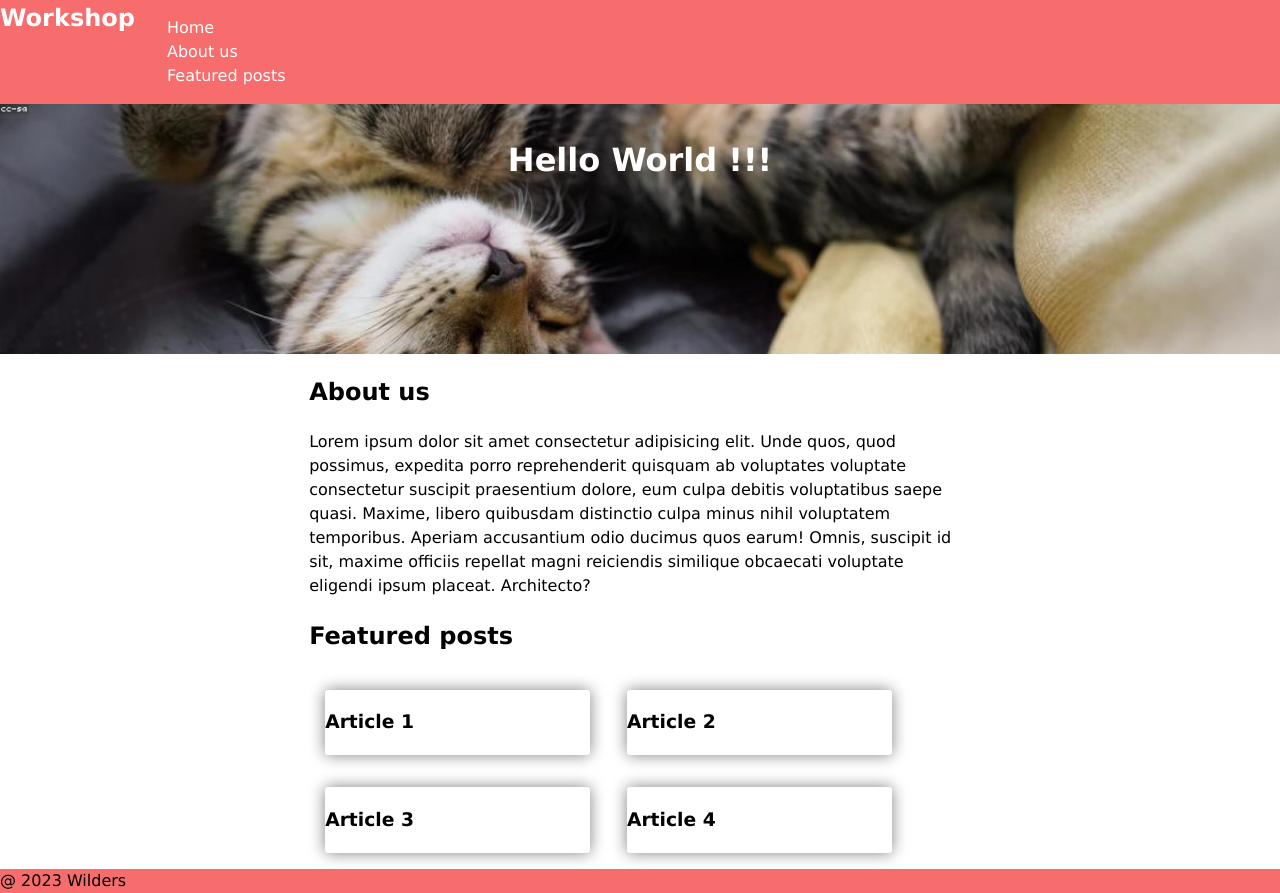
Repository: PPaillard/cssresponsive
Page: index.html
These files come from the project's save history. The page is drawn as it stood at one moment and after the next save; the edit follows.
The browser window is 1280 px wide. The pictures show the whole page.

Above is the page before, as saved 2023-03-03 12:21:39.

### index.html
<!DOCTYPE html>
<html lang="en">
  <head>
    <meta charset="UTF-8" />
    <meta http-equiv="X-UA-Compatible" content="IE=edge" />
    <meta name="viewport" content="width=device-width, initial-scale=1.0" />
    <title>Document</title>
    <link rel="stylesheet" href="style.css" />
  </head>
  <body>
    <nav>
      <h2>Workshop</h2>
      <ul>
        <li><a href="#home">Home</a></li>
        <li><a href="#aboutus">About us</a></li>
        <li><a href="#featuredposts">Featured posts</a></li>
      </ul>
    </nav>
    <header>
      <h1>Hello World !!!</h1>
    </header>
    <main>
      <section>
        <h2>About us</h2>
        <p>
          Lorem ipsum dolor sit amet consectetur adipisicing elit. Unde quos,
          quod possimus, expedita porro reprehenderit quisquam ab voluptates
          voluptate consectetur suscipit praesentium dolore, eum culpa debitis
          voluptatibus saepe quasi. Maxime, libero quibusdam distinctio culpa
          minus nihil voluptatem temporibus. Aperiam accusantium odio ducimus
          quos earum! Omnis, suscipit id sit, maxime officiis repellat magni
          reiciendis similique obcaecati voluptate eligendi ipsum placeat.
          Architecto?
        </p>
      </section>
      <section>
        <h2>Featured posts</h2>
        <article><h1>Article 1</h1></article>
        <article><h1>Article 2</h1></article>
        <article><h1>Article 3</h1></article>
        <article><h1>Article 4</h1></article>
      </section>
    </main>
    <footer>@ 2023 Wilders</footer>
  </body>
</html>

### style.css
* {
  box-sizing: border-box;
}

body {
  margin: 0;
  line-height: 1.5;
  font-family: Verdana, Geneva, Tahoma, sans-serif;
}

/* Navigation */
nav {
  display: flex;
  background-color: #f76c6c;
  color: #ffffff;
}

nav > h2 {
  margin: 0;
}

nav ul {
  margin: 0;
  padding: 1rem 0 1rem 2rem;
  display: flex;
  flex-direction: column;
}

nav ul li {
  list-style: none;
}

nav ul li a {
  color: white;
  text-decoration: none;
}
/* fin de navigation */
/* header */

header {
  min-height: 250px;
  text-align: center;
  background-image: url("65535_52214085447_ec2bf04bd7_h_1200_300_nofilter.jpg");
  background-repeat: no-repeat;
  background-size: cover;
}
header h1 {
  color: white;
  margin: 0;
  padding-top: 2rem;
}

section {
  margin: 0 auto;
  max-width: 65ch;
}

section article {
  display: inline-block;
  width: 40%;
  margin: 1rem;
  border-radius: 0.2rem;
  box-shadow: 0 0 1rem grey;
}

footer {
  background-color: #f76c6c;
}

After the next save:
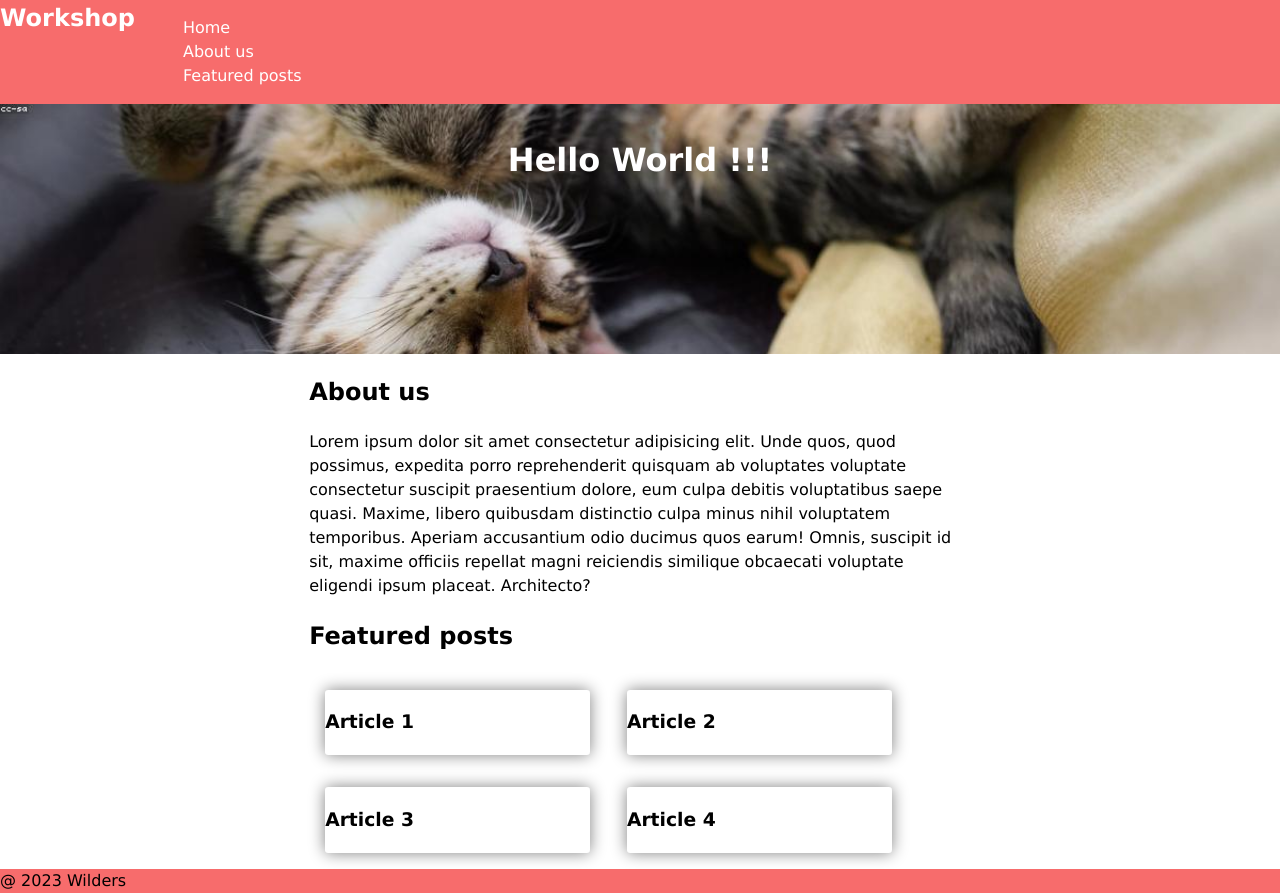
Saved 10 s later.
--- a/style.css
+++ b/style.css
@@ -21,7 +21,7 @@ nav > h2 {
 
 nav ul {
   margin: 0;
-  padding: 1rem 0 1rem 2rem;
+  padding: 1rem 0 1rem 3rem;
   display: flex;
   flex-direction: column;
 }
